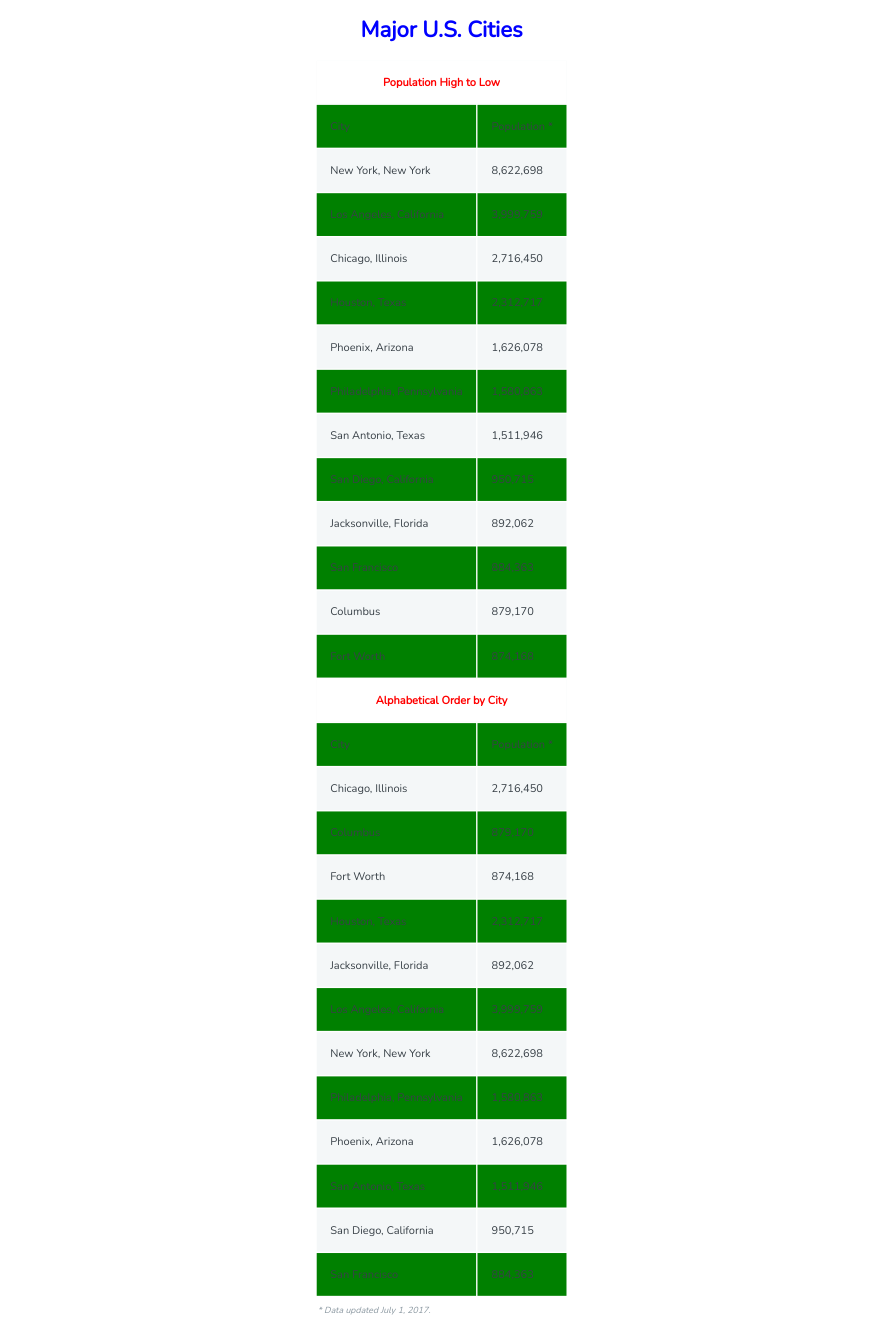
Repository: oduong1/COSW30
Page: http://localhost/homework/hw4/population_array.php
The author's editor kept a record of every edit. The page is drawn from the files as they stood at one moment, then again after the next edit.
The browser window is 1280 px wide. The pictures show the whole page, at 69% of full size.
Some web fonts or font styles are not loaded; a fallback is used. The page is run by PHP 8.4 with error messages shown; the project is at /var/www/html/.

Above is the page before.
Not found: homework/hw4/normalize.css

### homework/hw4/population_array.php
<!DOCTYPE html>
<html>
  <head>
    <meta charset="utf-8">
    <meta name="viewport" content="width=device-width, initial-scale=1.0">
    <title>City Population</title>
    <link rel="stylesheet" href="normalize.css">
    <link href='http://fonts.googleapis.com/css?family=Nunito:400,300' rel='stylesheet' type='text/css'>
    <link href="https://fonts.googleapis.com/css?family=Gayathri&display=swap" rel="stylesheet">
    <link rel="stylesheet" href="table.css">
  </head>
  <body >
    <container id="center_a"><h1>Major U.S. Cities</h1></container>

      <table>

    <?php

        $population = [
            "New York, New York" => "8,622,698",
            "Los Angeles, California" => "3,999,759",
            "Chicago, Illinois" => "2,716,450",
            "Houston, Texas" => "2,312,717",
            "Phoenix, Arizona" => "1,626,078",
            "Philadelphia, Pennsylvania" => "1,580,863",
            "San Antonio, Texas" => "1,511,946",
            "San Diego, California" => "950,715",
            "Jacksonville, Florida" => "892,062",
            "San Francisco" => "884,363",
            "Columbus" => "879,170",
            "Fort Worth" => "874,168"
        ];

//display original list
echo'        <th colspan="2">Population High to Low</th>';
echo '<tr><td>City</td><td>Population *</td></tr>';

        foreach ($population as $city => $pop) {
            echo "
                <tr>
                  <td>$city</td>
                  <td>$pop</td>
                </tr>\n";
            }

//display list by city
ksort($population);

echo'        <th colspan="2">Alphabetical Order by City</th>';
echo '<tr><td>City</td><td>Population *</td></tr>';

        foreach ($population as $city => $pop) {
            echo "
                <tr>
                  <td>$city</td>
                  <td>$pop</td>
                </tr>\n";
            }
?>
        </tbody>
                <tfoot>
          <tr>
            <td colspan="3">* Data updated July 1, 2017.</td>
          </tr>
        </tfoot>
      </table>

  </body>
</html>

### homework/hw4/table.css
*, *:before, *:after {
  -moz-box-sizing: border-box;
  -webkit-box-sizing: border-box;
  box-sizing: border-box;
}

body {
  font-family: 'Nunito', sans-serif;
  color: #384047;
  text-align: center;
}

table {
  max-width: 960px;
  margin: 10px auto;
}

#center_a {
  display: block;
  max-width: 960px;
  margin: 10px auto;
  color: blue;

}

caption {
  font-size: 1.6em;
  font-weight: 400;
  padding: 10px 0;
}

thead th {
  font-weight: 400;
  background: #8a97a0;
  color: #FFF;
}


tr {
  background: #f4f7f8;
  border-bottom: 1px solid #FFF;
  margin-bottom: 5px;
}

/*tr:nth-child(odd) {*/
/*  background: yellow;*/
/*}*/


tr:nth-child(even) {
  background: green;
}

th {
  text-align: center;
  padding: 20px;
  color: red;
  background: #fff;
}

td {
  text-align: left;
  padding: 20px;
  font-weight: 300;
}

tfoot tr {
  background: none;
}

tfoot td {
  padding: 10px 2px;
  font-size: 0.8em;
  font-style: italic;
  color: #8a97a0;
}

After the next edit:
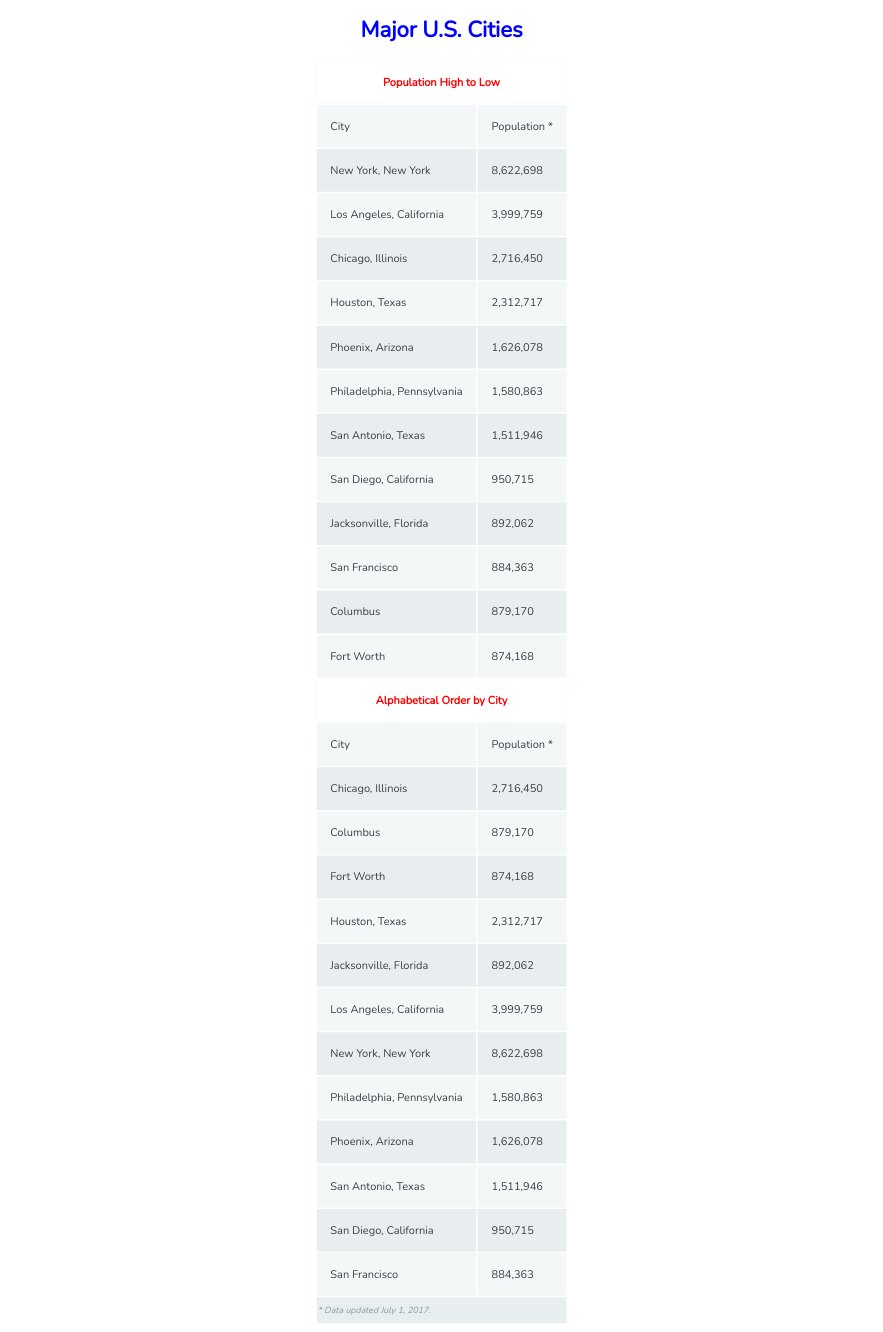
The edit:
--- a/homework/hw4/table.css
+++ b/homework/hw4/table.css
@@ -47,8 +47,8 @@
 /*}*/
 
 
-tr:nth-child(even) {
-  background: green;
+tr:nth-child(odd) {
+  background: #e8eeef;
 }
 
 th {
